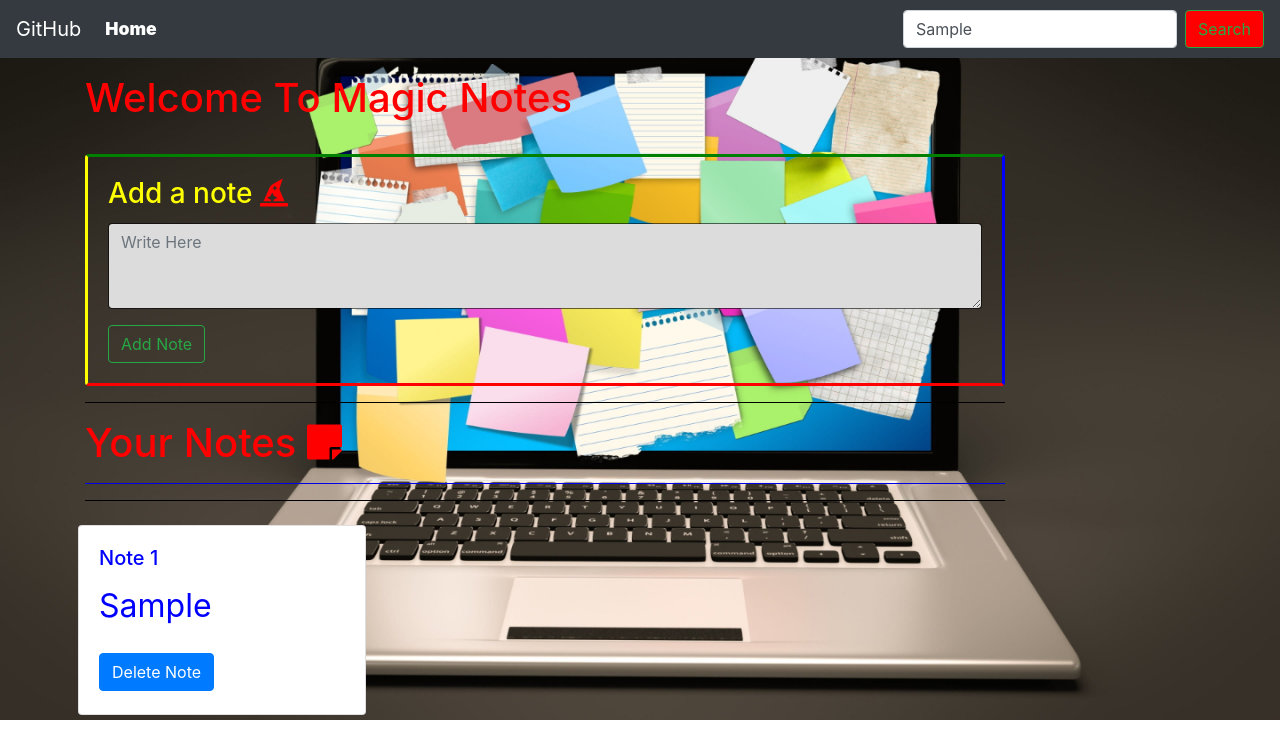
Repository: Prrajainn/Project-MagiCNotes
Page: magicNotes.html
An editor plug-in stored every save of this project. The page is shown before and after a run of saves, followed by the edit.
The browser window is 1280 px wide. The pictures show the whole page.
Empty fields were first filled with sample values (such as "Sample", 5 or name@example.com).
After loading, the first visible `#addBtn` was clicked once.

Above is the page before, as saved 2020-08-11 21:29:46.

After the next 2 saves:
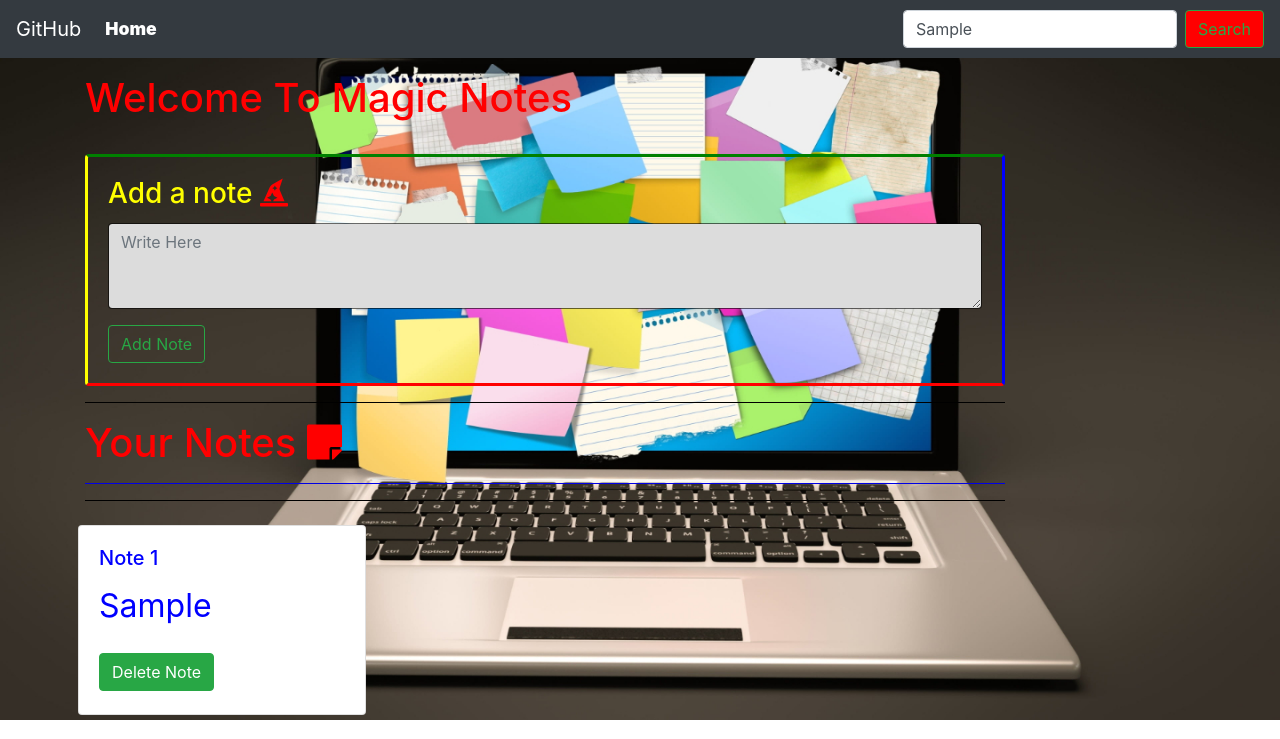
The 2 saves are shown as one change because they came seconds apart.
The last was saved 3 min 52 s later.
--- a/app.js
+++ b/app.js
@@ -36,7 +36,7 @@ function showNotes() {
                     <div class="card-body">
                         <h5 class="card-title">Note ${index + 1}</h5>
                         <p class="card-text"> ${element}</p>
-                        <button id="${index}"onclick="deleteNote(this.id)" class="btn btn-primary">Delete Note</button>
+                        <button id="${index}"onclick="deleteNote(this.id)" class="btn btn-success">Delete Note</button>
                     </div>
                 </div>`;
   });
